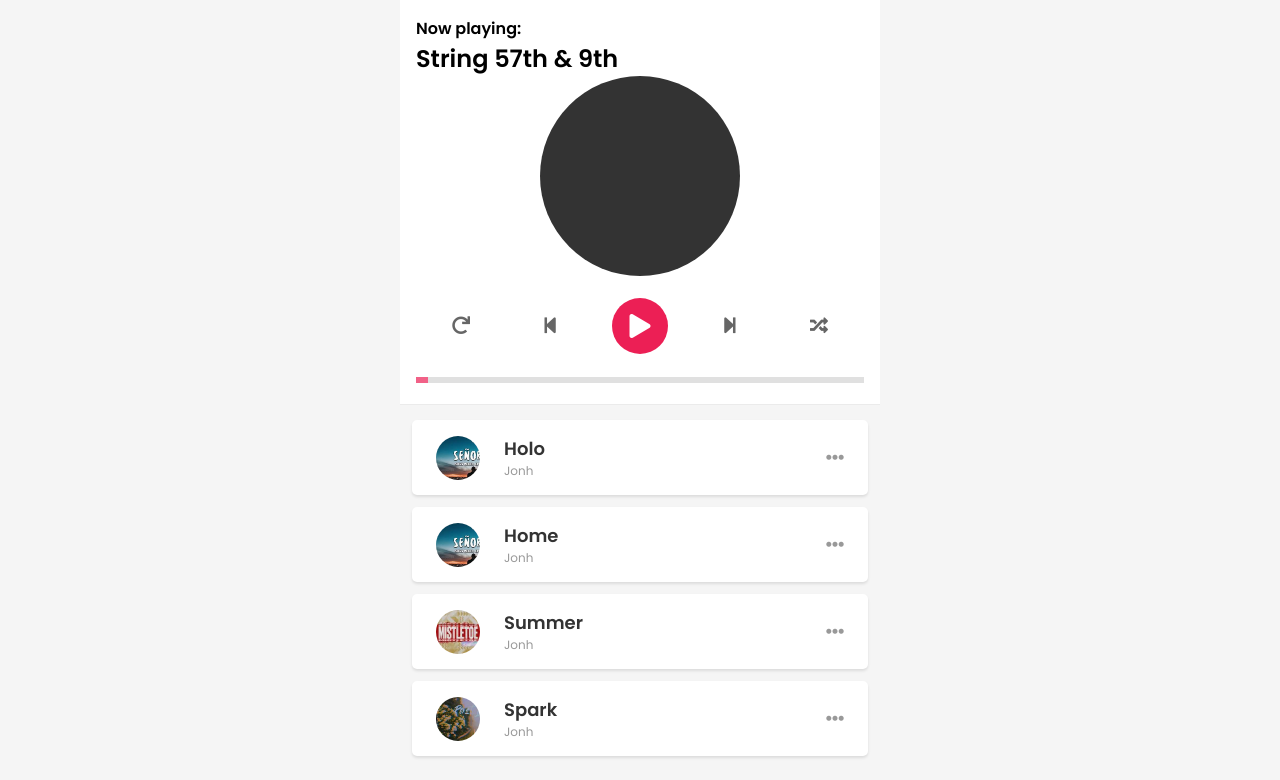
Repository: MinhNhatIT2901/Mp3-clon
Page: index.html
An editor plug-in stored every save of this project. The page is shown before and after the next save, followed by the edit.
The browser window is 1280 px wide. The pictures show the whole page.

Above is the page before, as saved 2022-01-01 17:26:43.

### index.html
<!DOCTYPE html>
<html lang="en">
<head>
    <meta charset="UTF-8">
    <meta http-equiv="X-UA-Compatible" content="IE=edge">
    <meta name="viewport" content="width=device-width, initial-scale=1.0">
    <title>Document</title>
    <link rel="stylesheet" href="./asset/css/app.css">
    <link rel="stylesheet" href="https://cdnjs.cloudflare.com/ajax/libs/font-awesome/5.15.2/css/all.min.css" integrity="sha512-HK5fgLBL+xu6dm/Ii3z4xhlSUyZgTT9tuc/hSrtw6uzJOvgRr2a9jyxxT1ely+B+xFAmJKVSTbpM/CuL7qxO8w==" crossorigin="anonymous" />
    <link rel="preconnect" href="https://fonts.gstatic.com">
    <link href="https://fonts.googleapis.com/css2?family=Poppins:wght@300;400;600&display=swap" rel="stylesheet">
</head>
<body>
    <div class="player">
        <div class="dashboard">
            <div class="header">
                <h4>Now playing:</h4>
                <h2>String 57th & 9th</h2>
            </div>

            <div class="cd">
                <div class="cd-thumb">
                </div>
            </div>

            <div class="control">
                <div class="btn btn-repeat">
                    <i class="fas fa-redo"></i>
                </div>
                <div class="btn btn-prev">
                    <i class="fas fa-step-backward"></i>
                </div>
                <div class="btn btn-toggle-play">
                    <i class="fas fa-pause icon-pause"></i>
                    <i class="fas fa-play icon-play"></i>
                </div>
                <div class="btn btn-next">
                    <i class="fas fa-step-forward"></i>
                </div>
                <div class="btn btn-random">
                    <i class="fas fa-random"></i>
                </div>
            </div>

            <input id="progress" class="progress" type="range" value="0" step="1" min="0" max="100">
            <audio id="audio" src=""></audio>
        </div>

        <div class="playlist">
            <!-- <div class="song">
                <div class="thumb" style="background-image: url('https://i.ytimg.com/vi/jTLhQf5KJSc/maxresdefault.jpg')">
                </div>
                <div class="body">
                    <h3 class="title">Music name</h3>
                    <p class="author">Singer</p>
                </div>
                <div class="option">
                    <i class="fas fa-ellipsis-h"></i>
                </div>
            </div> -->
        </div>
    </div>
</body>
    <script src="./asset/css/app.js"></script>
</html>

### asset/css/app.css
:root {
  --primary-color: #ec1f55;
  --text-color: #333;
}

* {
  padding: 0;
  margin: 0;
  box-sizing: inherit;
}

body {
  background-color: #f5f5f5;
}

html {
  box-sizing: border-box;
  font-family: "Poppins", sans-serif;
}

.player {
  position: relative;
  max-width: 480px;
  margin: 0 auto;
}

.player .icon-pause {
  display: none;
}

.player.playing .icon-pause {
  display: inline-block;
}

.player.playing .icon-play {
  display: none;
}

.dashboard {
  padding: 16px 16px 14px;
  background-color: #fff;
  position: fixed;
  top: 0;
  width: 100%;
  max-width: 480px;
  border-bottom: 1px solid #ebebeb;
}

/* HEADER */
header {
  text-align: center;
  margin-bottom: 10px;
}

header h4 {
  color: var(--primary-color);
  font-size: 12px;
}

header h2 {
  color: var(--text-color);
  font-size: 20px;
}

/* CD */
.cd {
  display: flex;
  margin: auto;
  width: 200px;
}

.cd-thumb {
  width: 100%;
  padding-top: 100%;
  border-radius: 50%;
  background-color: #333;
  background-size: cover;
  margin: auto;
}

/* CONTROL */
.control {
  display: flex;
  align-items: center;
  justify-content: space-around;
  padding: 18px 0 8px 0;
}

.control .btn {
  color: #666;
  padding: 18px;
  font-size: 18px;
}

.control .btn.active {
  color: var(--primary-color);
}

.control .btn-toggle-play {
  width: 56px;
  height: 56px;
  border-radius: 50%;
  font-size: 24px;
  color: #fff;
  display: flex;
  align-items: center;
  justify-content: center;
  background-color: var(--primary-color);
}

.progress {
  width: 100%;
  -webkit-appearance: none;
  height: 6px;
  background: #d3d3d3;
  outline: none;
  opacity: 0.7;
  -webkit-transition: 0.2s;
  transition: opacity 0.2s;
}

.progress::-webkit-slider-thumb {
  -webkit-appearance: none;
  appearance: none;
  width: 12px;
  height: 6px;
  background-color: var(--primary-color);
  cursor: pointer;
}

/* PLAYLIST */
.playlist {
  margin-top: 408px;
  padding: 12px;
}

.song {
  display: flex;
  align-items: center;
  margin-bottom: 12px;
  background-color: #fff;
  padding: 8px 16px;
  border-radius: 5px;
  box-shadow: 0 2px 3px rgba(0, 0, 0, 0.1);
}

.song.active {
  background-color: var(--primary-color);
}

.song:active {
  opacity: 0.8;
}

.song.active .option,
.song.active .author,
.song.active .title {
  color: #fff;
}

.song .thumb {
  width: 44px;
  height: 44px;
  border-radius: 50%;
  background-size: cover;
  margin: 0 8px;
}

.song .body {
  flex: 1;
  padding: 0 16px;
}

.song .title {
  font-size: 18px;
  color: var(--text-color);
}

.song .author {
  font-size: 12px;
  color: #999;
}

.song .option {
  padding: 16px 8px;
  color: #999;
  font-size: 18px;
}

### asset/css/app.js
const $ = document.querySelector.bind(document);
const $$ = document.querySelectorAll.bind(document);

const app = {
    songs: [
        {
            name: 'Holo',
            singer: 'Jonh',
            path: './asset/music/holo.mp3',
            image: './asset/img/img2.jpg'
        },
        {
            name: 'Home',
            singer: 'Jonh',
            path: './asset/music/home.mp3',
            image: './asset/img/img2.jpg'
        },
        {
            name: 'Summer',
            singer: 'Jonh',
            path: './asser/music/mp3_music_summer.mp3',
            image: './asset/img/img3.jpg'
        },
        {
            name: 'Spark',
            singer: 'Jonh',
            path: './asset/music/spark.mp3',
            image: './asset/img/img4.jpg'
        }
    ],
    render: function() {
        const htmls = this.songs.map(song => {
            return `
            <div class="song">
                <div class="thumb"
                    style="background-image: url('${song.image}')">
                </div>
                <div class="body">
                    <h3 class="title">${song.name}</h3>
                    <p class="author">${song.singer}</p>
                </div>
                <div class="option">
                    <i class="fas fa-ellipsis-h"></i>
                </div>
            </div>
            `
        })
        $('.playlist').innerHTML = htmls.join('');
    },
    start: function() {
        this.render();
    }
}

app.start();

After the next save:
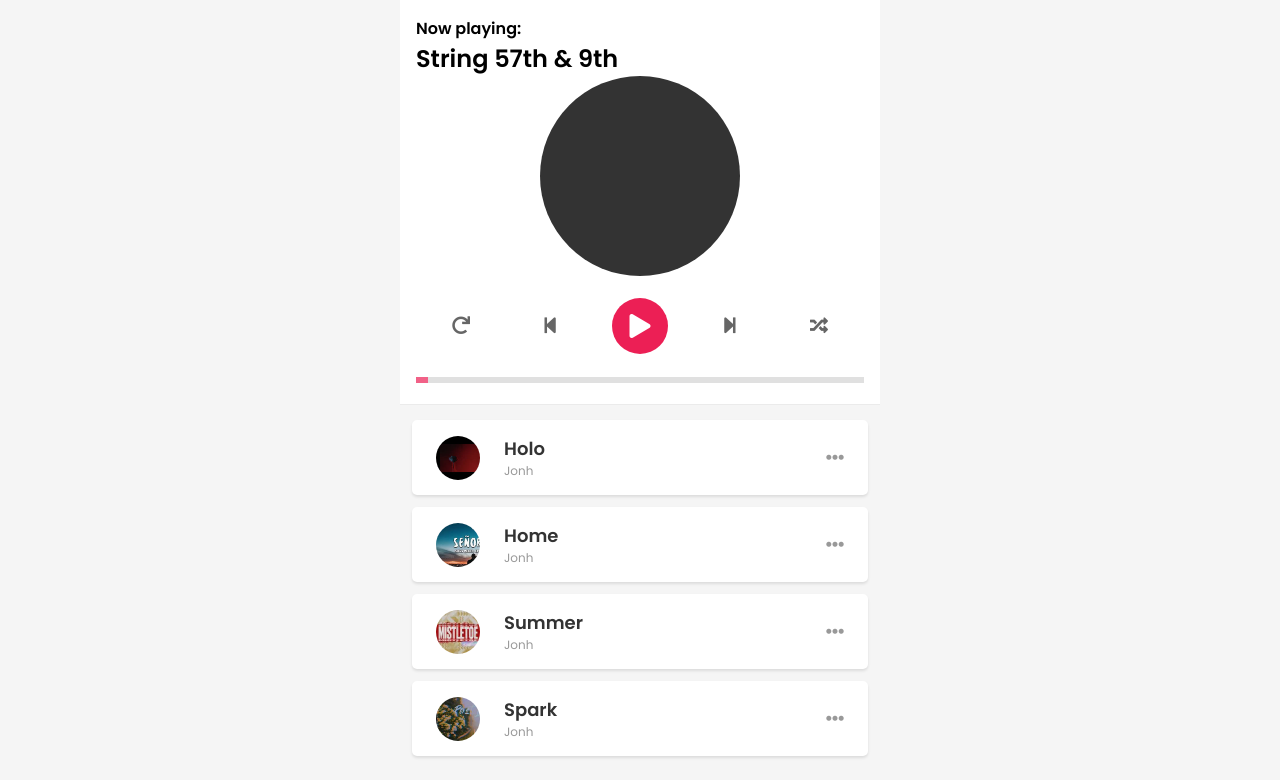
Saved 6 s later.
--- a/asset/css/app.js
+++ b/asset/css/app.js
@@ -7,7 +7,7 @@ const app = {
             name: 'Holo',
             singer: 'Jonh',
             path: './asset/music/holo.mp3',
-            image: './asset/img/img2.jpg'
+            image: './asset/img/img1.jpg'
         },
         {
             name: 'Home',
